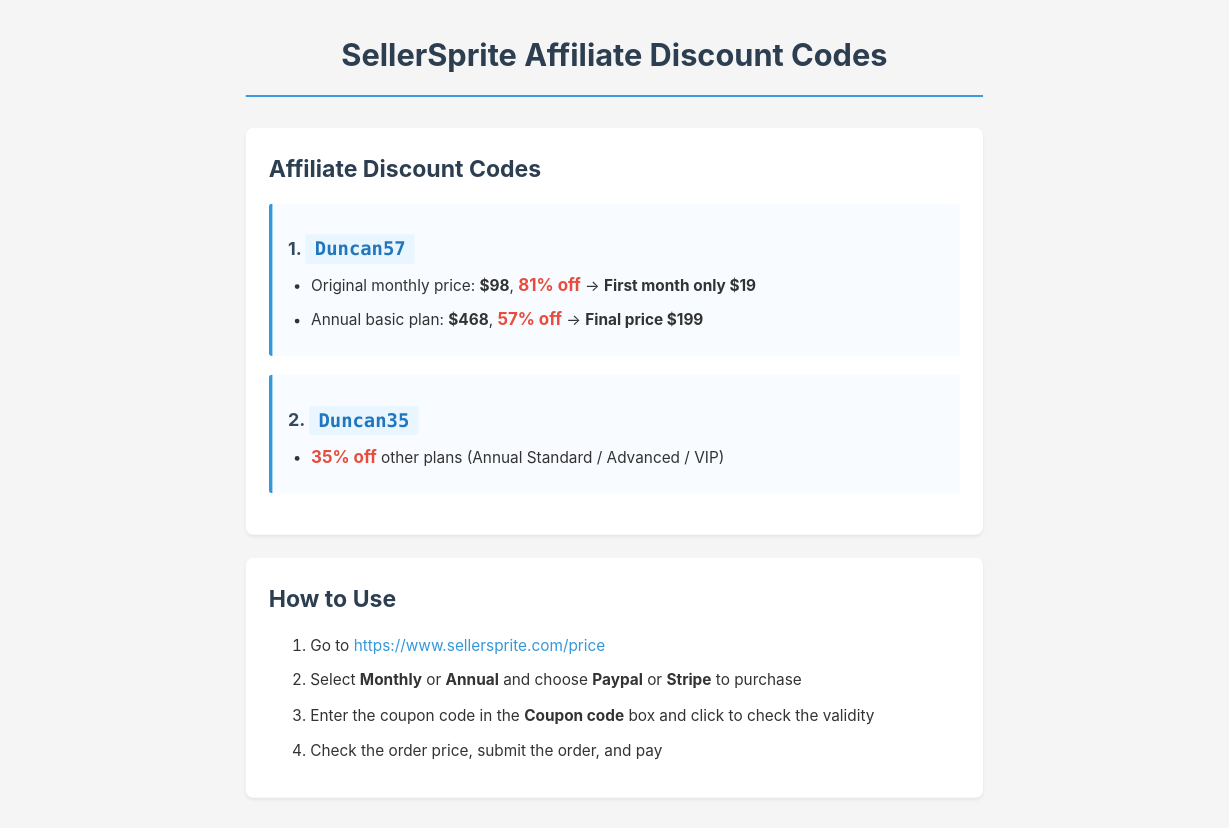
Repository: swebvn/web-html
Page: index.html
An editor plug-in stored every save of this project. The page is shown before and after the next save, followed by the edit.
The browser window is 1280 px wide. The pictures show the whole page, at 96% of full size.

Above is the page before, as saved 2025-04-18 17:07:04.

After the next save:
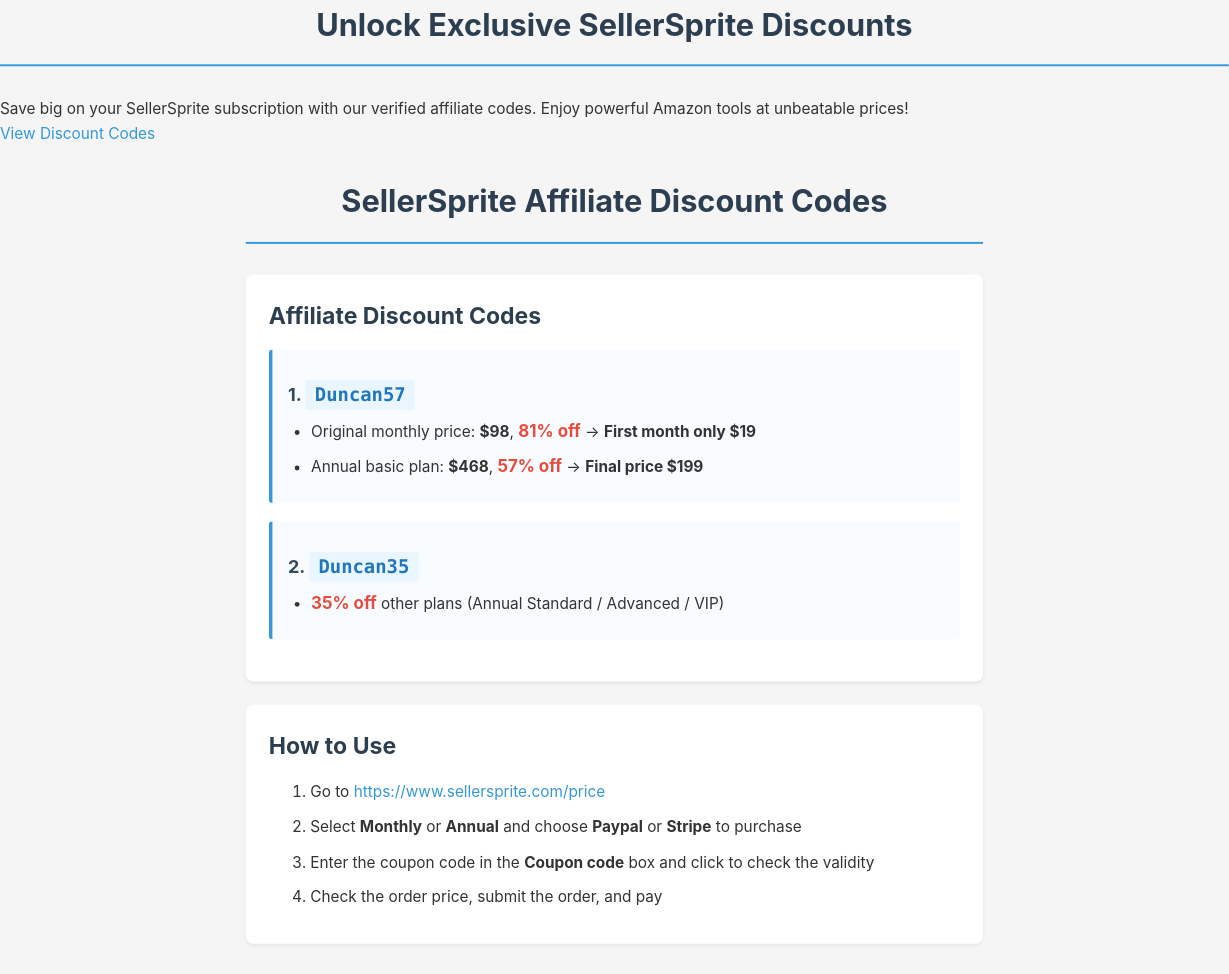
Saved 2 min 37 s later.
--- a/index.html
+++ b/index.html
@@ -7,9 +7,16 @@
     <link rel="stylesheet" href="styles.css">
 </head>
 <body>
+    <header class="hero">
+        <div class="hero-content">
+            <h1>Unlock Exclusive SellerSprite Discounts</h1>
+            <p class="hero-subtitle">Save big on your SellerSprite subscription with our verified affiliate codes. Enjoy powerful Amazon tools at unbeatable prices!</p>
+            <a href="#discounts" class="hero-btn">View Discount Codes</a>
+        </div>
+    </header>
     <div class="container">
         <h1>SellerSprite Affiliate Discount Codes</h1>
-        <section class="discount-section">
+        <section id="discounts" class="discount-section">
             <h2>Affiliate Discount Codes</h2>
             <div class="code-block">
                 <h3>1. <span class="code">Duncan57</span></h3>
